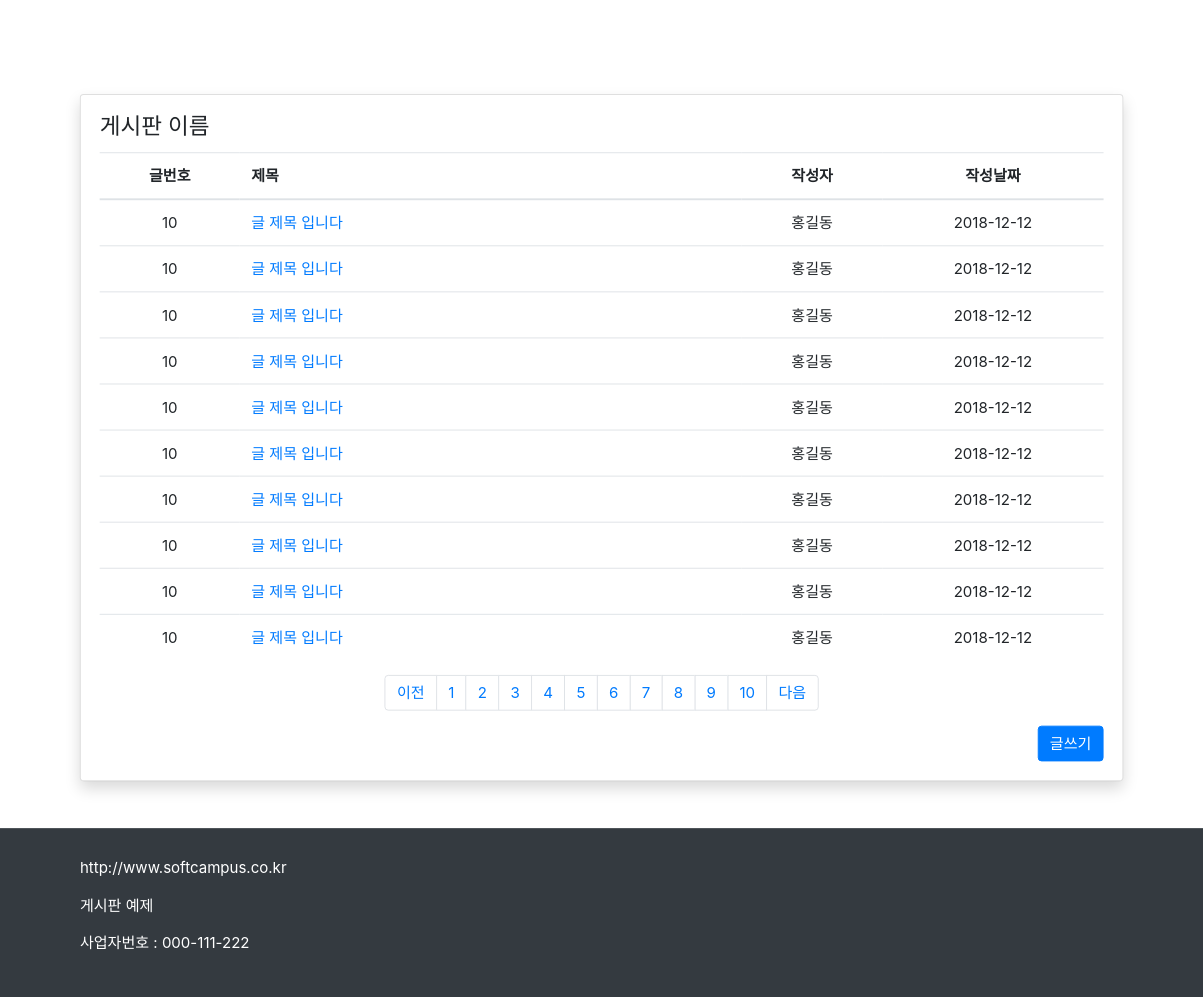
Repository: OhGeanYoung/Spring
Page: http://localhost/MiniProjectJava/WEB-INF/views/board/main.jsp
These files come from the project's save history. The page is drawn as it stood at one moment and after the next save; the edit follows.
The browser window is 1280 px wide. The pictures show the whole page, at 94% of full size.
The page is served by Tomcat 9. Nobody is signed in. The template is opened directly, without the code that normally fills it, so the values that code supplies are empty.

Above is the page before, as saved 2022-06-08 15:11:36.

After the next save:
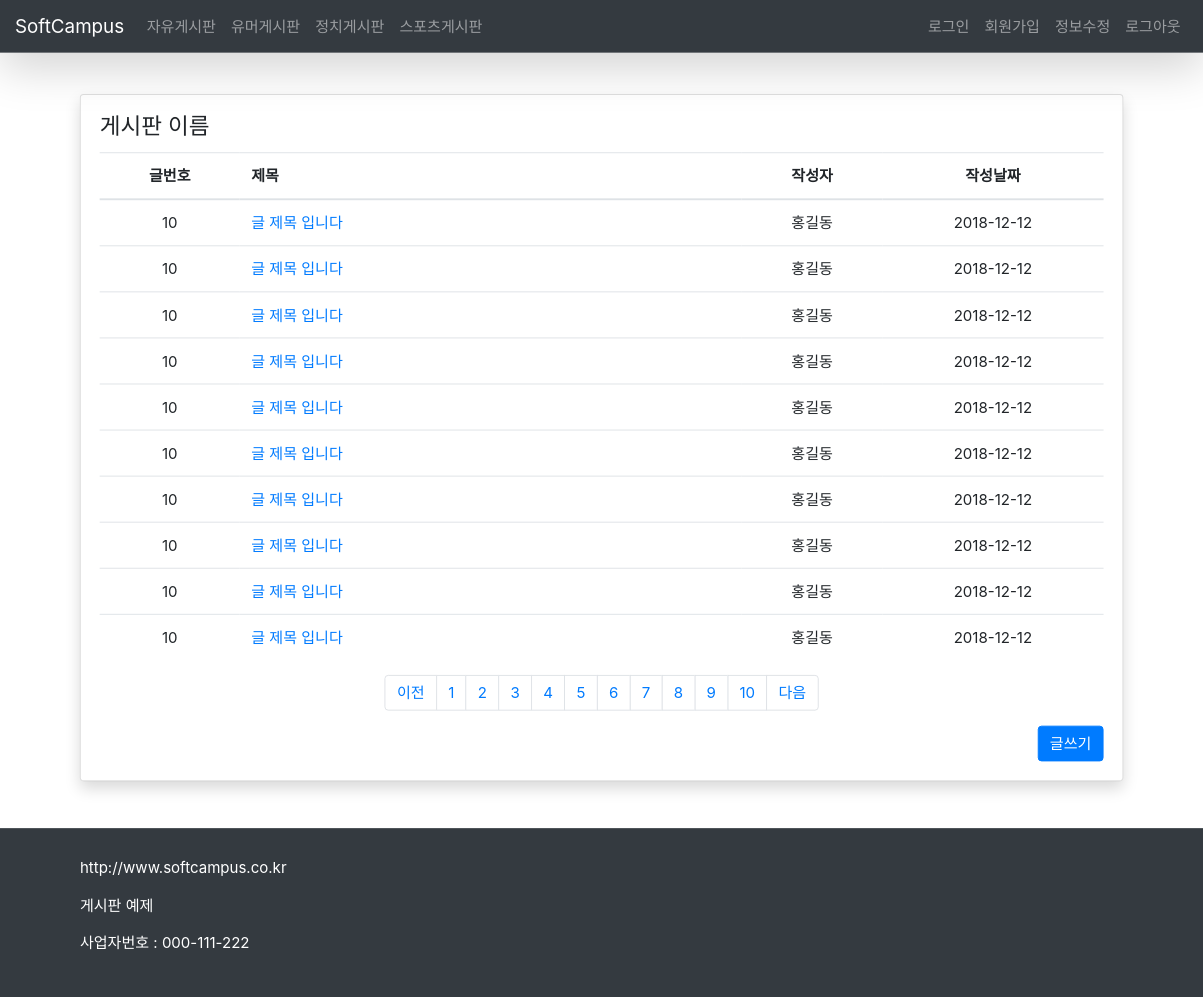
Saved 50 s later.
--- a/MiniProjectJava/WebContent/WEB-INF/views/board/main.jsp
+++ b/MiniProjectJava/WebContent/WEB-INF/views/board/main.jsp
@@ -13,7 +13,7 @@
 <script src="https://maxcdn.bootstrapcdn.com/bootstrap/4.1.0/js/bootstrap.min.js"></script>
 </head>
 <body>
-
+<c:import url="/WEB-INF/views/include/top_menu.jsp" />
 
 <!-- 게시글 리스트 -->
 <div class="container" style="margin-top:100px">
